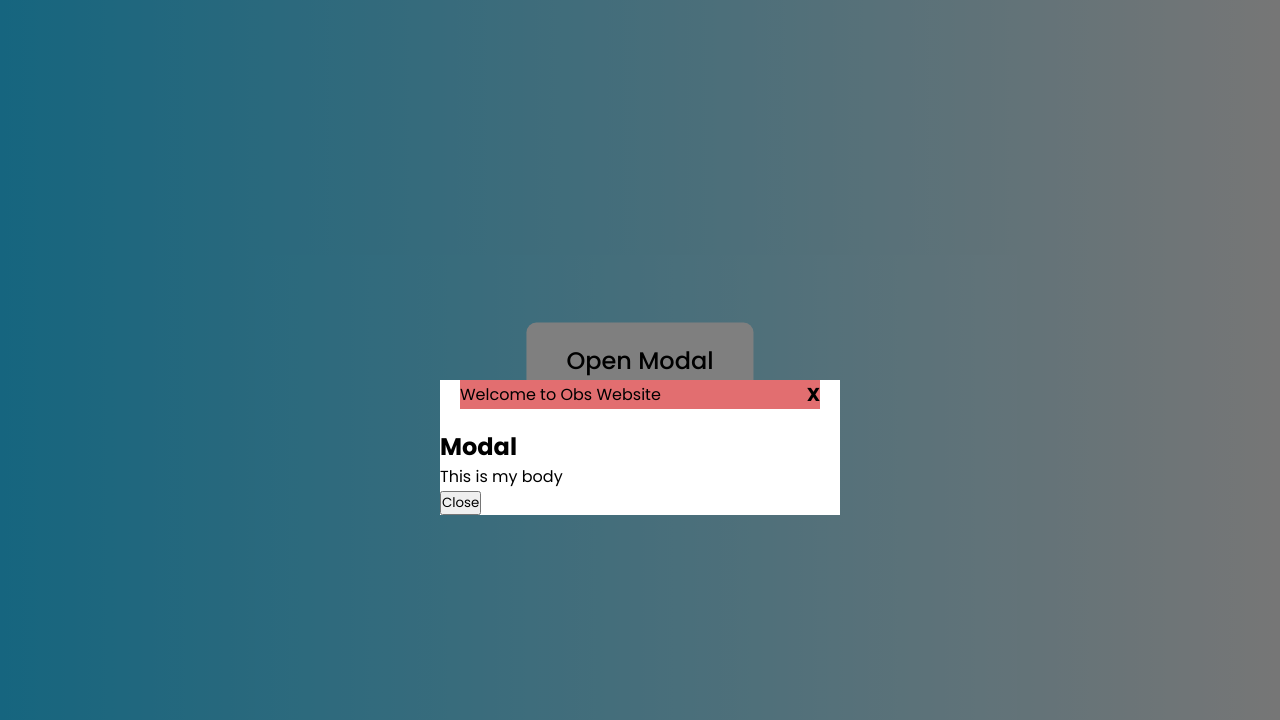
Repository: lausamtuong/Modal_card
Page: index.html
An editor plug-in stored every save of this project. The page is shown before and after the next save, followed by the edit.
The browser window is 1280 px wide. The pictures show the whole page.
The style sheet was rebuilt from its Sass, Less or Tailwind sources for each picture, by a compiler version that may differ from the author's.

Above is the page before, as saved 2021-12-15 06:54:35.

After the next save:
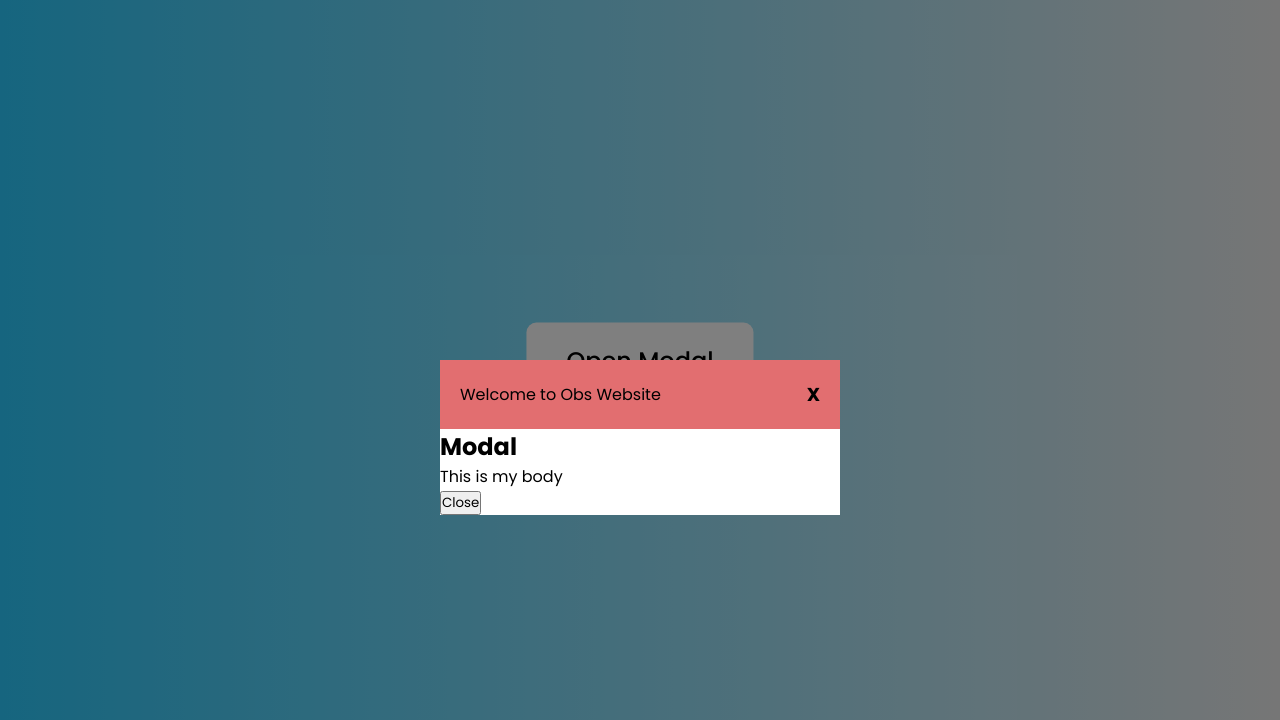
Saved 9 s later.
--- a/style.scss
+++ b/style.scss
@@ -47,6 +47,6 @@ body{
         justify-content: space-between;
         align-items: center;
         background-color:var(--primary-color);
-        margin:20px;
+        padding:20px;
     }
 }
